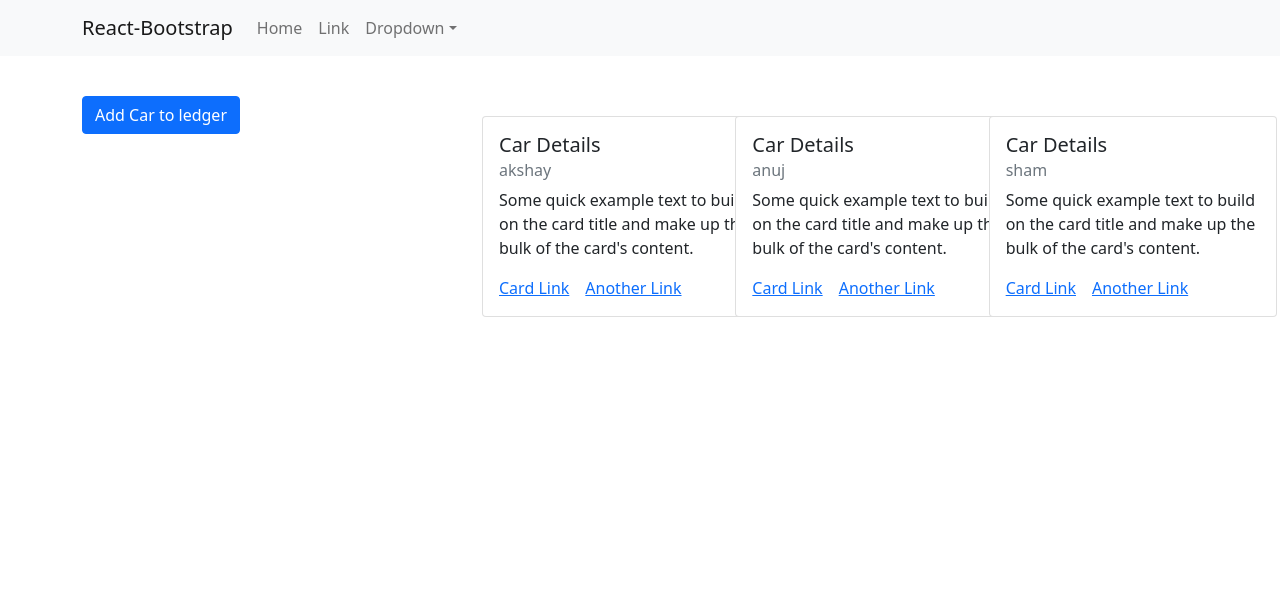
Repository: akshaykurhekar/hyperledger-asset-monetization-dapp
Page: / (app in fabcarWeb/new-ui/)
The author's editor kept a copy of each file at every save. The page is drawn from the files as they stood at one save, then again after a run of saves.
The browser window is 1280 px wide. The pictures show the whole page.
The project was rebuilt for these pictures with package versions that can differ from the ones it lists, and the page was loaded fresh each time.

Above is the page before, as saved 2022-03-30 18:00:25.

After the next 4 saves:
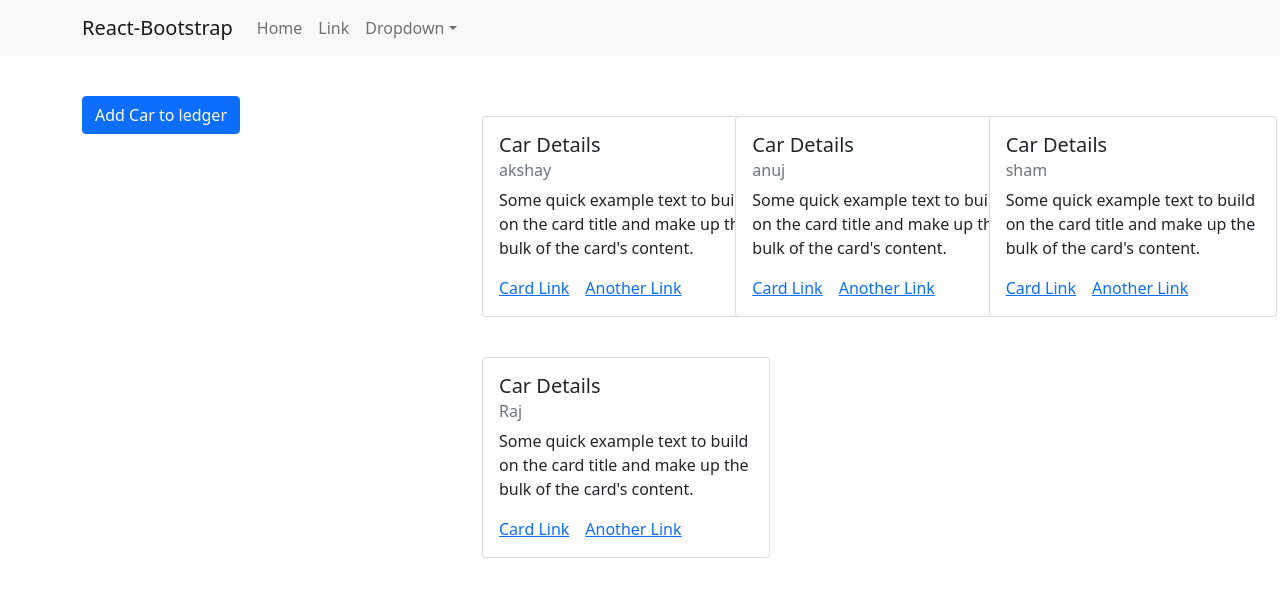
The 4 saves are shown as one change because they came seconds apart.
The last was saved 34 s later.
--- a/fabcarWeb/new-ui/src/App.js
+++ b/fabcarWeb/new-ui/src/App.js
@@ -4,7 +4,7 @@
 import { Container, Row, Col } from "react-bootstrap";
 
 function App() {
-  const carList = [{ name: "akshay" }, { name: "anuj" }, { name: "sham" }];
+  const carList = [{ name: "akshay" }, { name: "anuj" }, { name: "sham" },{ name: "Raj" }];
 
   return (
     <>
